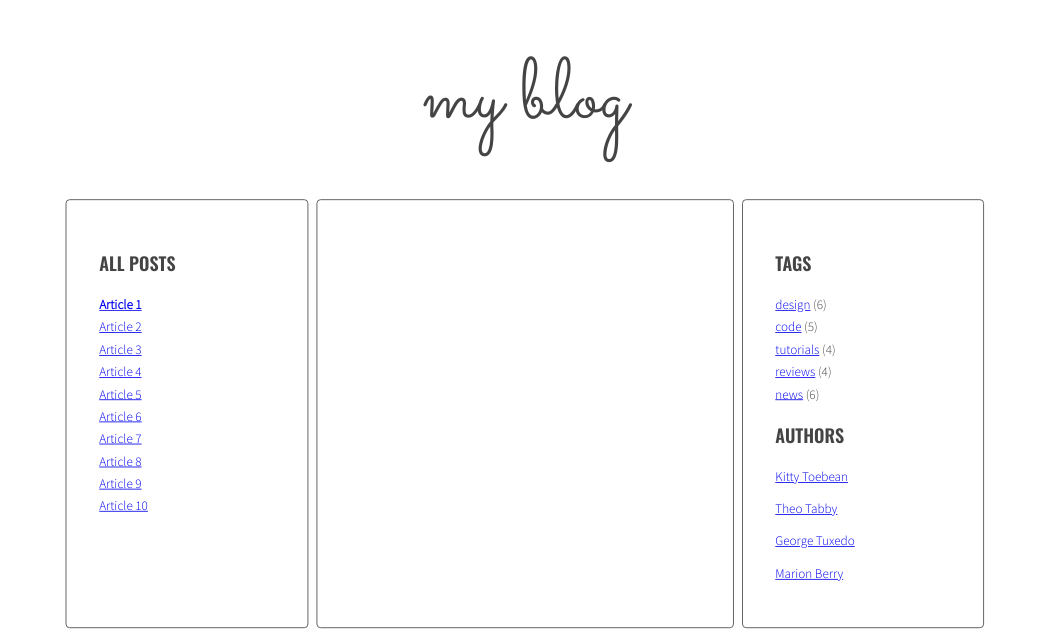
Repository: Akaimajo/javascript-blog
Page: index.html
The author's editor kept a copy of each file at every save. The page is drawn from the files as they stood at one save, then again after the next save.
The browser window is 1280 px wide. The pictures show the whole page, at 82% of full size.

Above is the page before, as saved 2020-10-15 12:04:35.

After the next save:
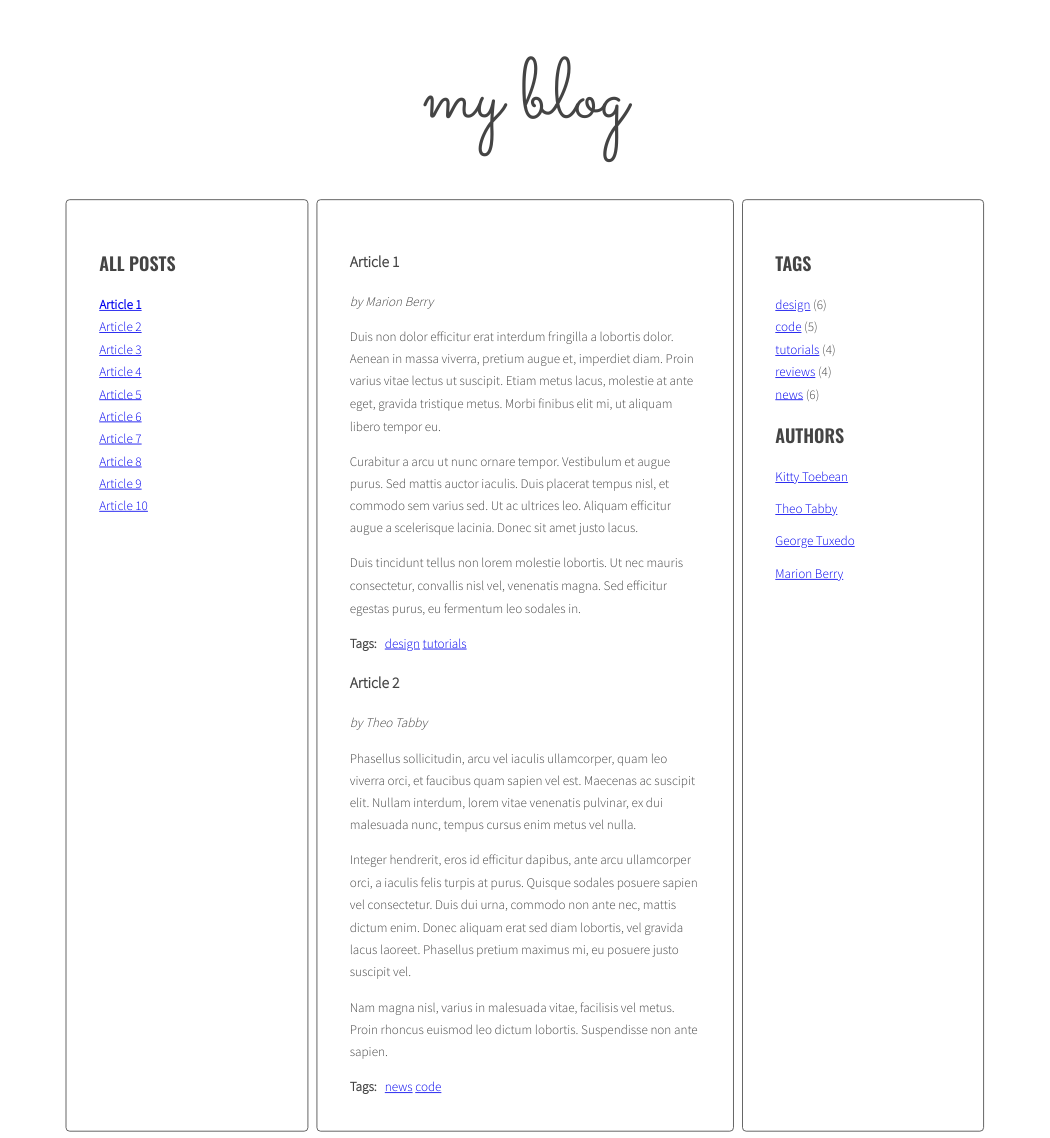
Saved 38 s later.
--- a/index.html
+++ b/index.html
@@ -27,7 +27,7 @@
               </ul>
             </aside>
             <section class="posts">
-              <article class="post" id="article-1">
+              <article class="post active" id="article-1">
                 <h3 class="post-title">Article 1</h3>
                 <p class="post-author">by Marion Berry</p>
                 <div class="post-content">
@@ -45,7 +45,7 @@
                   </ul>
                 </div>
               </article>
-              <article class="post" id="article-2">
+              <article class="post active" id="article-2">
                 <h3 class="post-title">Article 2</h3>
                 <p class="post-author">by Theo Tabby</p>
                 <div class="post-content">

After the save that followed:
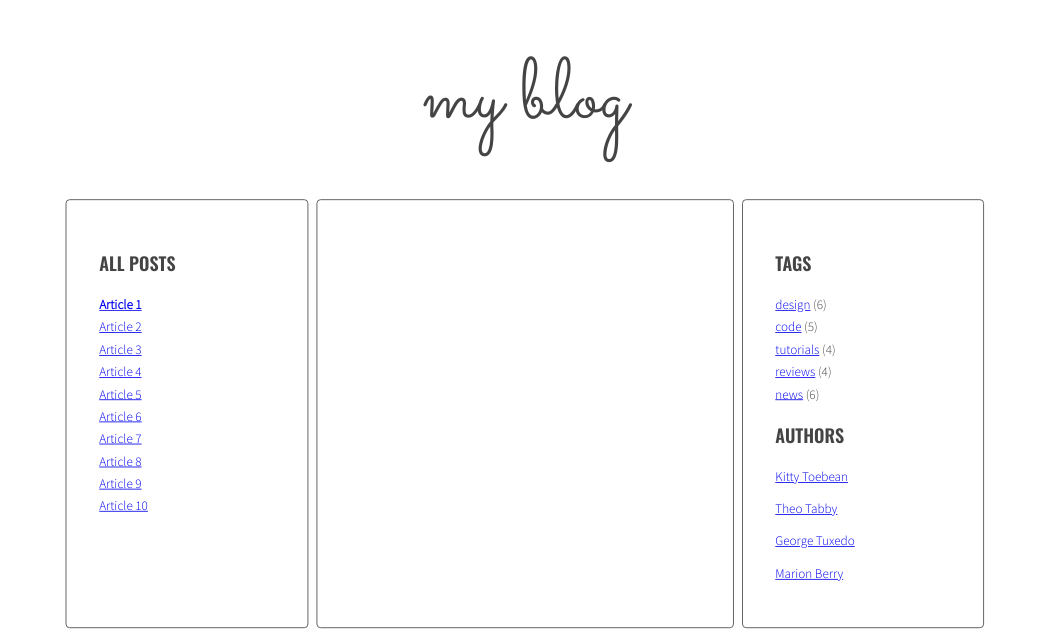
Saved 21 s later.
--- a/index.html
+++ b/index.html
@@ -27,7 +27,7 @@
               </ul>
             </aside>
             <section class="posts">
-              <article class="post active" id="article-1">
+              <article class="post" id="article-1">
                 <h3 class="post-title">Article 1</h3>
                 <p class="post-author">by Marion Berry</p>
                 <div class="post-content">
@@ -45,7 +45,7 @@
                   </ul>
                 </div>
               </article>
-              <article class="post active" id="article-2">
+              <article class="post" id="article-2">
                 <h3 class="post-title">Article 2</h3>
                 <p class="post-author">by Theo Tabby</p>
                 <div class="post-content">
